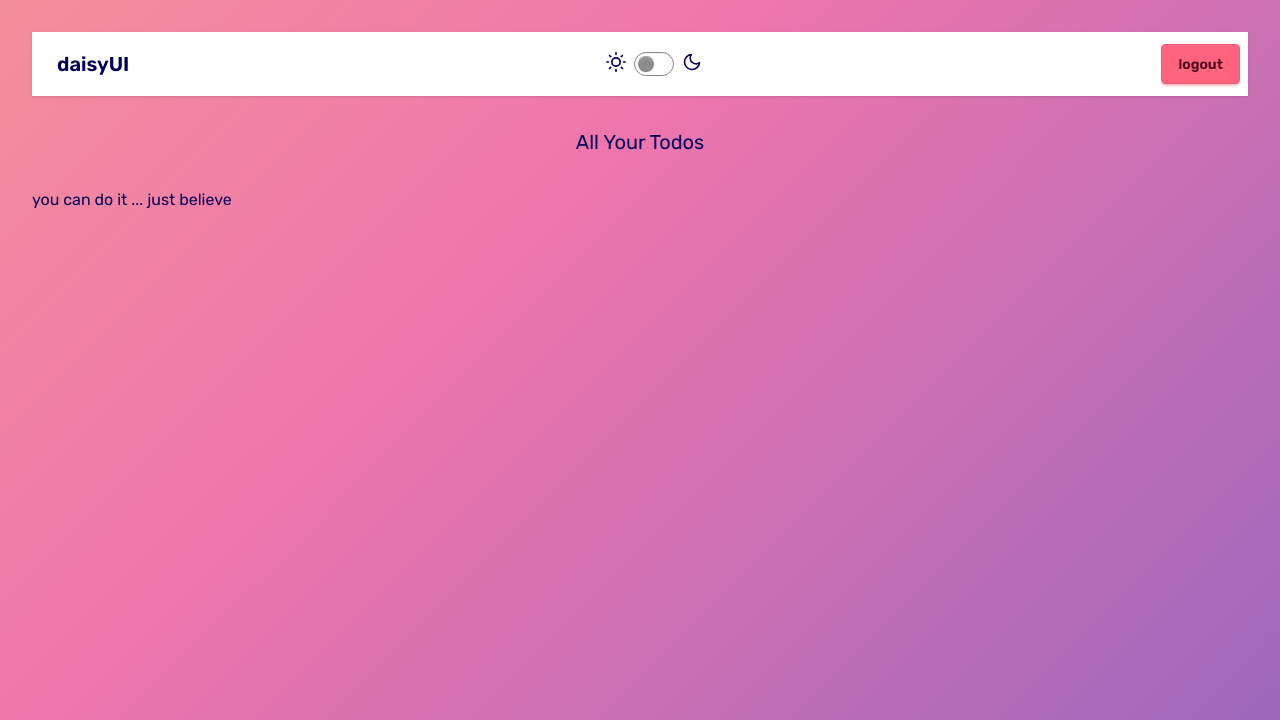
Repository: mariamnabil23/ToDo_App
Page: /
The author's editor kept a copy of each file at every save. The page is drawn from the files as they stood at one save, then again after the next save.
The browser window is 1280 px wide. The pictures show the whole page.
Some web fonts or font styles are not loaded; a fallback is used. The project was rebuilt for these pictures with package versions that can differ from the ones it lists, and the page was loaded fresh each time. Requests to the local data server were answered from the project's data file. Also part of the build but not shown: vite.config.js, src/pages/Profile.jsx, src/pages/NotFound.jsx.

Above is the page before, as saved 2025-05-01 23:22:48.

After the next save:
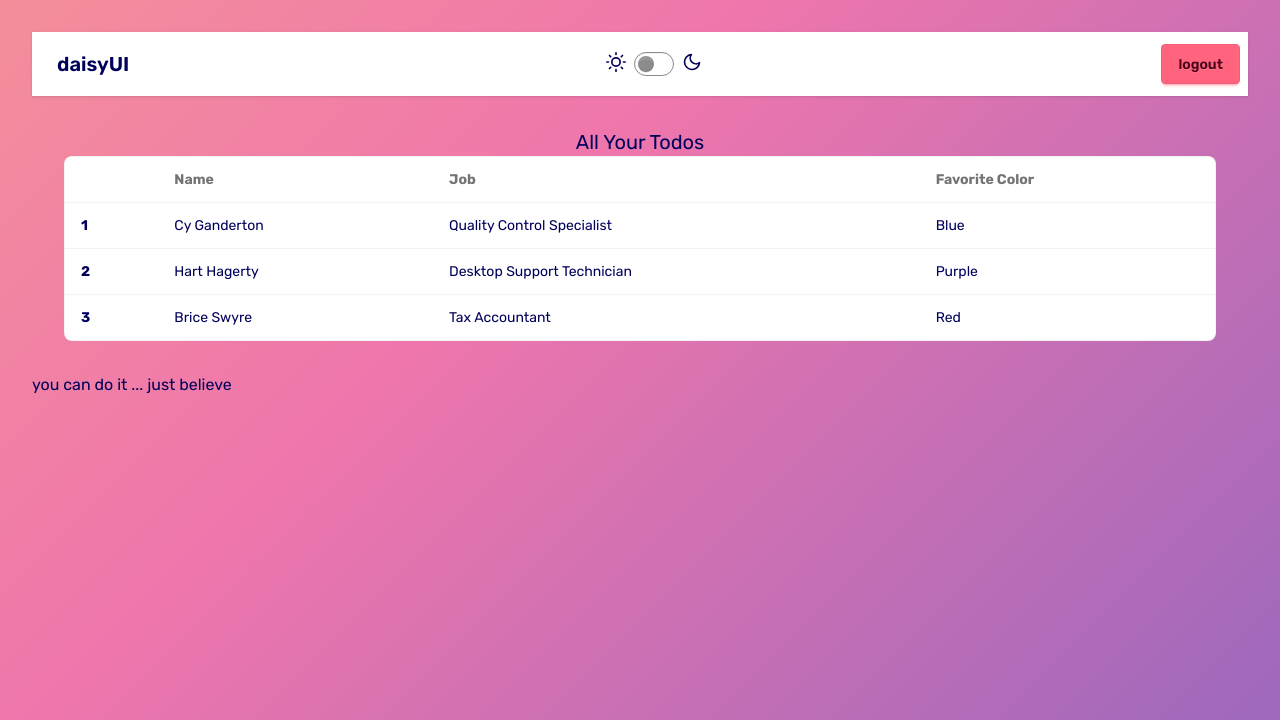
Saved 5 s later.
--- a/src/pages/Home.jsx
+++ b/src/pages/Home.jsx
@@ -4,7 +4,42 @@ const Home = () => {
   return (
     <>
     <h1 className='text-center text-xl' >All Your Todos</h1>
-
+    <div className="overflow-x-auto rounded-box border border-base-content/5 bg-base-100">
+  <table className="table">
+    {/* head */}
+    <thead>
+      <tr>
+        <th></th>
+        <th>Name</th>
+        <th>Job</th>
+        <th>Favorite Color</th>
+      </tr>
+    </thead>
+    <tbody>
+      {/* row 1 */}
+      <tr>
+        <th>1</th>
+        <td>Cy Ganderton</td>
+        <td>Quality Control Specialist</td>
+        <td>Blue</td>
+      </tr>
+      {/* row 2 */}
+      <tr>
+        <th>2</th>
+        <td>Hart Hagerty</td>
+        <td>Desktop Support Technician</td>
+        <td>Purple</td>
+      </tr>
+      {/* row 3 */}
+      <tr>
+        <th>3</th>
+        <td>Brice Swyre</td>
+        <td>Tax Accountant</td>
+        <td>Red</td>
+      </tr>
+    </tbody>
+  </table>
+</div>
     </>
   )
 }
